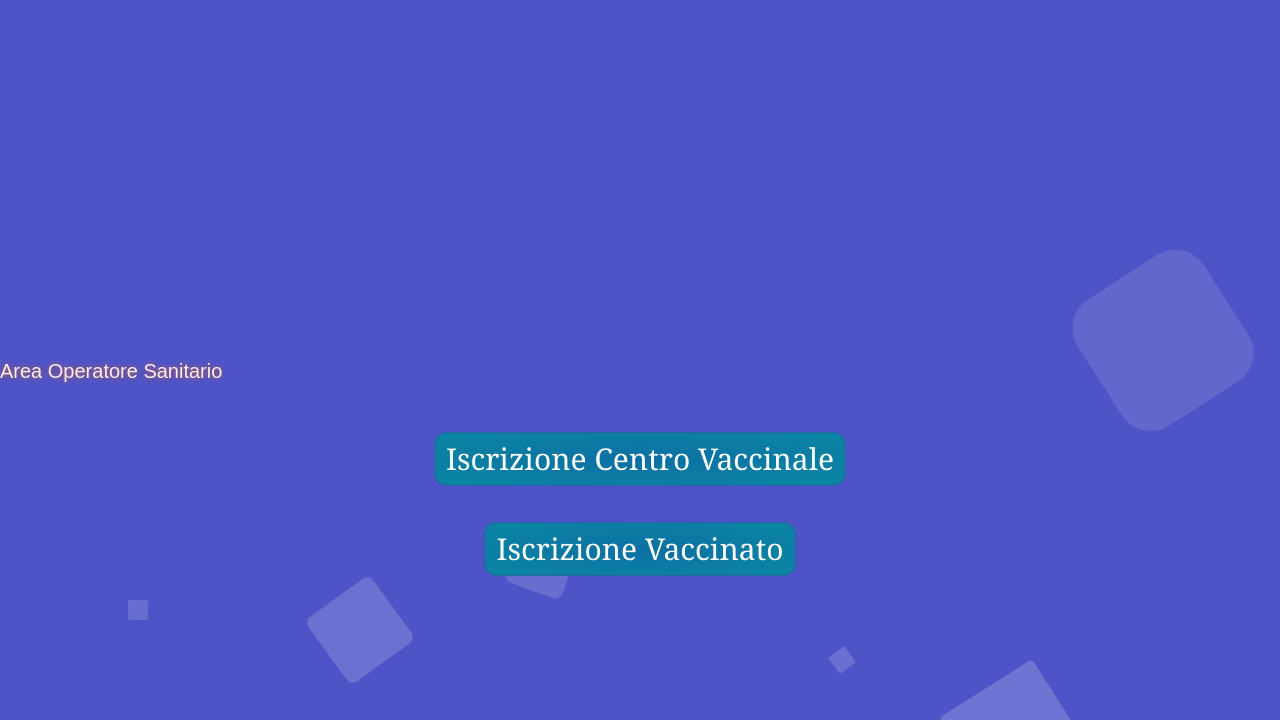
Repository: Jok98/CentriVaccinaliWebApp
Page: http://localhost/CentriVaccinaliOperatori/
The author's editor kept a copy of each file at every save. The page is drawn from the files as they stood at one save, then again after the next save.
The browser window is 1280 px wide. The pictures show the whole page.
Some web fonts or font styles are not loaded; a fallback is used. The page is served by Tomcat 9.

Above is the page before, as saved 2022-09-24 17:27:10.

### CentriVaccinaliOperatori/src/main/webapp/index.jsp
<%@ page language="java" contentType="text/html; charset=ISO-8859-1"
	pageEncoding="ISO-8859-1"%>
<!DOCTYPE html>
<html>
<head>
<meta charset="ISO-8859-1">
<link rel="stylesheet" href="css/form.css">
<link rel="stylesheet" href="css/background.css">
<title>Operatori Centri Vaccinali</title>
</head>
<body>
	<div class="context" >
	<a class="text" >Area Operatore Sanitario</a>
	</div>
	<div class="area">
		<ul class="circles">
			<li></li>
			<li></li>
			<li></li>
			<li></li>
			<li></li>
			<li></li>
			<li></li>
			<li></li>
			<li></li>
			<li></li>
		</ul>
	</div>

	<div class="context" align="center">
		<br><br><br><br>
		<script type="text/javascript">
		var pagenameCentro = "iscrizionecentrovax.jsp";
		document.write('<button class="button" type="button" onclick="dispatchToPage(pagenameCentro);">Iscrizione Centro Vaccinale</button>');
		</script>

		<br> <br> <br>
		<script type="text/javascript">
		var pagenameVaccinato = "iscrizionevaccinato.jsp";
		document.write('<button class="button" type="button" onclick="dispatchToPage(pagenameVaccinato);">Iscrizione Vaccinato</button>');
		</script>
	</div>

</body>
		<script>
			function dispatchToPage(pagename) {
				location.href=pagename
			}
		</script>

</html>

### CentriVaccinaliOperatori/src/main/webapp/css/form.css
@charset "ISO-8859-1";

/* bottoni */
.button {
	color: rgb(255, 255, 255);
	font-size: 30px;
	line-height: 30px;
	padding: 10px;
	border-radius: 12px;
	font-family: Georgia, serif;
	font-weight: normal;
	text-decoration: none;
	font-style: normal;
	font-variant: normal;
	text-transform: none;
	background-image: radial-gradient(at center center, rgb(12, 111, 164) 0%,
		rgb(10, 136, 164) 100%, rgb(12, 111, 164) 100%);
	box-shadow: rgba(0, 0, 0, 0) 81px -57px 0px 0px;
	border: 2px solid rgb(28, 110, 164);
	display: inline-block;
}

.button:hover {
	background: #80c3ff;
}

.button:active {
	background: #1ca4ff;
}

.text{
	font-size: 20px;
	text-shadow: 0px 0px 5px #CE5937;
	color: #EFEFEF;

}

.label {
	display: inline-block;
	width:150px;
	text-align: left;
	font-size: 20px;
	text-shadow: 0px 0px 5px #CE5937;
	color: #EFEFEF;

}

.input {
	width:250px;
	font-size: 25px;
}

### CentriVaccinaliOperatori/src/main/webapp/css/background.css
@charset "ISO-8859-1";
@import url('https://fonts.googleapis.com/css?family=Exo:400,700');

*{
    margin: 0px;
    padding: 0px;
}

html{
    font-family: 'Exo', sans-serif;

}


.context {
    width: 100%;
    position: absolute;
    top:50vh;

}

.context h1{
    text-align: center;
    color: #fff;
    font-size: 50px;
}


.area{
    background: #4e54c8;
    background: -webkit-linear-gradient(to left, #8f94fb, #4e54c8);
    width: 100%;
    height:100vh;


}

.circles{
    position: absolute;
    top: 0;
    left: 0;
    width: 100%;
    height: 100%;
    overflow: hidden;
}

.circles li{
    position: absolute;
    display: block;
    list-style: none;
    width: 20px;
    height: 20px;
    background: rgba(255, 255, 255, 0.2);
    animation: animate 25s linear infinite;
    bottom: -150px;

}

.circles li:nth-child(1){
    left: 25%;
    width: 80px;
    height: 80px;
    animation-delay: 0s;
}


.circles li:nth-child(2){
    left: 10%;
    width: 20px;
    height: 20px;
    animation-delay: 2s;
    animation-duration: 12s;
}

.circles li:nth-child(3){
    left: 70%;
    width: 20px;
    height: 20px;
    animation-delay: 4s;
}

.circles li:nth-child(4){
    left: 40%;
    width: 60px;
    height: 60px;
    animation-delay: 0s;
    animation-duration: 18s;
}

.circles li:nth-child(5){
    left: 65%;
    width: 20px;
    height: 20px;
    animation-delay: 0s;
}

.circles li:nth-child(6){
    left: 75%;
    width: 110px;
    height: 110px;
    animation-delay: 3s;
}

.circles li:nth-child(7){
    left: 35%;
    width: 150px;
    height: 150px;
    animation-delay: 7s;
}

.circles li:nth-child(8){
    left: 50%;
    width: 25px;
    height: 25px;
    animation-delay: 15s;
    animation-duration: 45s;
}

.circles li:nth-child(9){
    left: 20%;
    width: 15px;
    height: 15px;
    animation-delay: 2s;
    animation-duration: 35s;
}

.circles li:nth-child(10){
    left: 85%;
    width: 150px;
    height: 150px;
    animation-delay: 0s;
    animation-duration: 11s;
}



@keyframes animate {

    0%{
        transform: translateY(0) rotate(0deg);
        opacity: 1;
        border-radius: 0;
    }

    100%{
        transform: translateY(-1000px) rotate(720deg);
        opacity: 0;
        border-radius: 50%;
    }

}

After the next save:
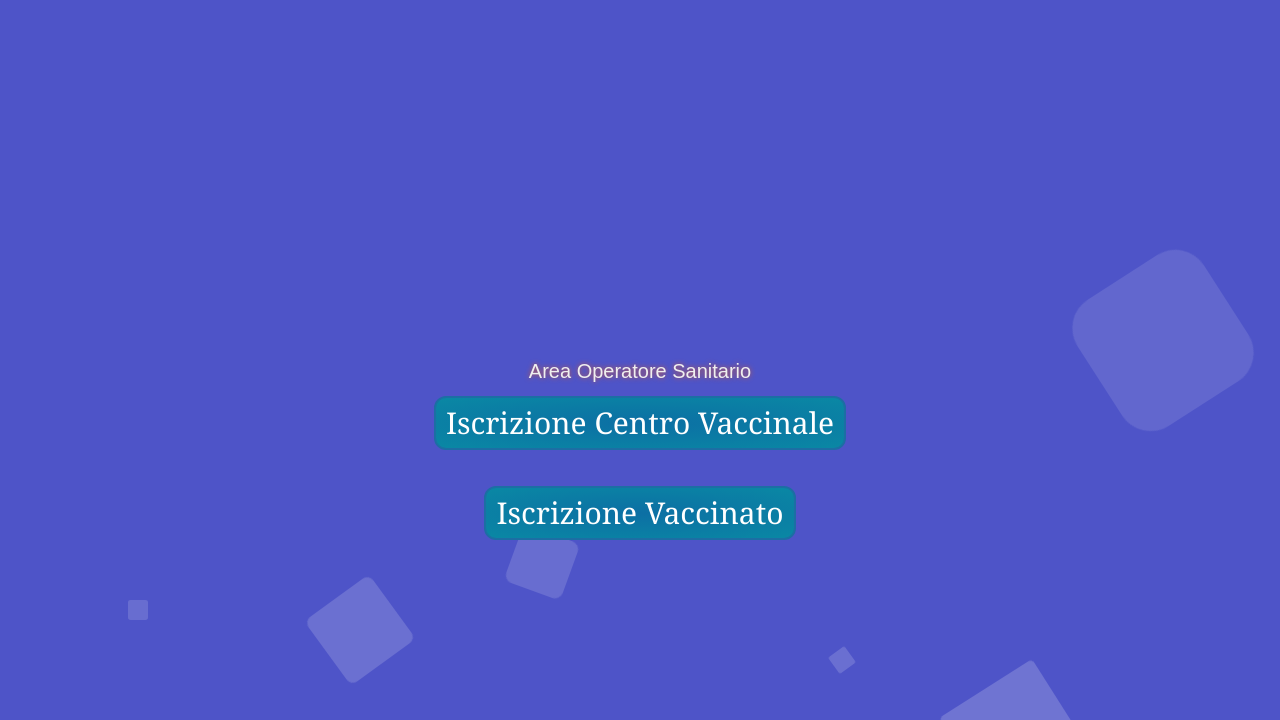
Saved 14 s later.
--- a/CentriVaccinaliOperatori/src/main/webapp/index.jsp
+++ b/CentriVaccinaliOperatori/src/main/webapp/index.jsp
@@ -9,7 +9,7 @@
 <title>Operatori Centri Vaccinali</title>
 </head>
 <body>
-	<div class="context" >
+	<div class="context" align="center" >
 	<a class="text" >Area Operatore Sanitario</a>
 	</div>
 	<div class="area">
@@ -28,7 +28,7 @@
 	</div>
 
 	<div class="context" align="center">
-		<br><br><br><br>
+		<br><br>
 		<script type="text/javascript">
 		var pagenameCentro = "iscrizionecentrovax.jsp";
 		document.write('<button class="button" type="button" onclick="dispatchToPage(pagenameCentro);">Iscrizione Centro Vaccinale</button>');
